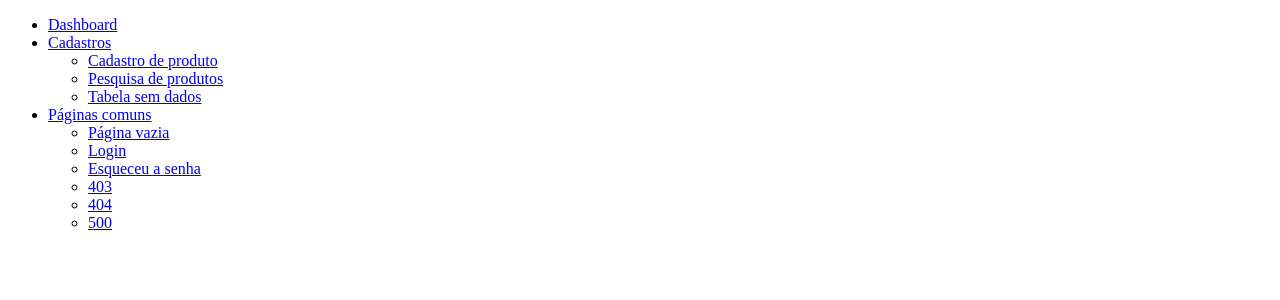
Repository: rrgonzaga/projeto-teste-biblioteca
Page: http://localhost/layout/fragments/MenuLateral
These files come from the project's save history. The page is drawn as it stood at one moment and after the next save; the edit follows.
The browser window is 1280 px wide. The pictures show the whole page.
The page is this project's Thymeleaf template; nobody is signed in. The template is opened directly, without the code that normally fills it, so the values that code supplies are empty.

Above is the page before, as saved 2018-11-16 15:20:42.

After the next save:
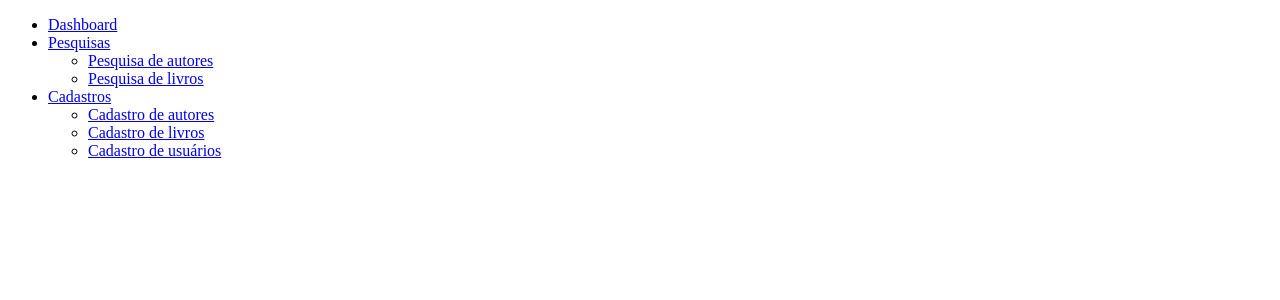
Saved 69 s later.
--- a/biblioteca/src/main/resources/templates/layout/fragments/MenuLateral.html
+++ b/biblioteca/src/main/resources/templates/layout/fragments/MenuLateral.html
@@ -5,42 +5,37 @@
 <head></head>
 
 <body>
-
-	<aside class="aw-layout-sidebar  js-sidebar">
+	<aside class="aw-layout-sidebar  js-sidebar" th:fragment="sidebar">
 		<div class="aw-layout-sidebar__content">
 		    <nav class="aw-menu  js-menu">
 		      <ul class="aw-menu__list">
 
-		        <li class="aw-menu__item">
+		        <li class="aw-menu__item hidden">
 		          <a href="dashboard.html"><i class="fa  fa-fw  fa-home"></i><span>Dashboard</span></a>
 		        </li>
 
 		        <li class="aw-menu__item  is-active">
+		          <a href="#">
+		            <i class="fa  fa-fw  fa-file-text"></i><span>Pesquisas</span>
+		            <i class="aw-menu__navigation-icon  fa"></i>
+		          </a>
+
+		          <ul class="aw-menu__list  aw-menu__list--sublist">
+		            <li class="aw-menu__item  aw-menu__item--link"><a th:href="@{/autores}">Pesquisa de autores</a></li>
+		            <li class="aw-menu__item  aw-menu__item--link is-active"><a th:href="@{/livros}">Pesquisa de livros</a></li>
+		          </ul>
+		        </li>
+
+		        <li class="aw-menu__item  is-expanded">
 		          <a href="#">
 		            <i class="fa  fa-fw  fa-file-text"></i><span>Cadastros</span>
 		            <i class="aw-menu__navigation-icon  fa"></i>
 		          </a>
 
 		          <ul class="aw-menu__list  aw-menu__list--sublist">
-		            <li class="aw-menu__item  aw-menu__item--link"><a href="cadastro-produto.html">Cadastro de produto</a></li>
-		            <li class="aw-menu__item  aw-menu__item--link  is-active"><a href="pesquisa-produtos.html">Pesquisa de produtos</a></li>
-		            <li class="aw-menu__item  aw-menu__item--link"><a href="tabela-sem-dados.html">Tabela sem dados</a></li>
-		          </ul>
-		        </li>
-
-		        <li class="aw-menu__item  is-expanded">
-		          <a href="#">
-		            <i class="fa  fa-fw  fa-file-text"></i><span>Páginas comuns</span>
-		            <i class="aw-menu__navigation-icon  fa"></i>
-		          </a>
-
-		          <ul class="aw-menu__list  aw-menu__list--sublist">
-		            <li class="aw-menu__item  aw-menu__item--link"><a href="pagina-vazia.html">Página vazia</a></li>
-		            <li class="aw-menu__item  aw-menu__item--link"><a href="login.html">Login</a></li>
-		            <li class="aw-menu__item  aw-menu__item--link"><a href="esqueceu-a-senha.html">Esqueceu a senha</a></li>
-		            <li class="aw-menu__item  aw-menu__item--link"><a href="403.html">403</a></li>
-		            <li class="aw-menu__item  aw-menu__item--link"><a href="404.html">404</a></li>
-		            <li class="aw-menu__item  aw-menu__item--link"><a href="500.html">500</a></li>
+		            <li class="aw-menu__item  aw-menu__item--link"><a th:href="@{/autores/novo}">Cadastro de autores</a></li>
+		            <li class="aw-menu__item  aw-menu__item--link"><a th:href="@{/livros/novo}">Cadastro de livros</a></li>
+		            <li class="aw-menu__item  aw-menu__item--link"><a th:href="@{/usuarios/novo}">Cadastro de usuários</a></li>
 		          </ul>
 		        </li>
 		      </ul>
